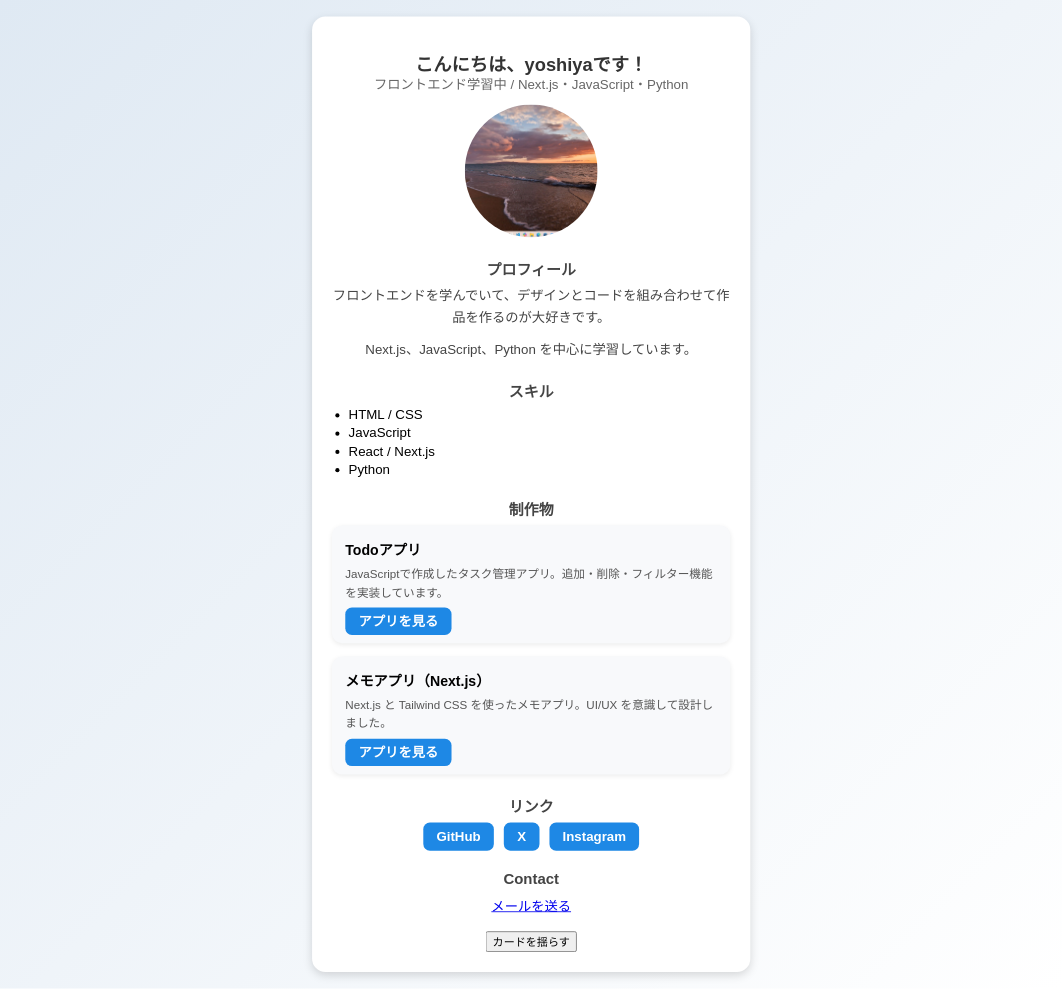
Repository: fkybiu0529-dot/portfolio
Page: index.html
These files come from the project's save history. The page is drawn as it stood at one moment and after the next save; the edit follows.
The browser window is 1280 px wide. The pictures show the whole page, at 83% of full size.

Above is the page before, as saved 2026-01-23 09:47:01.

After the next save:
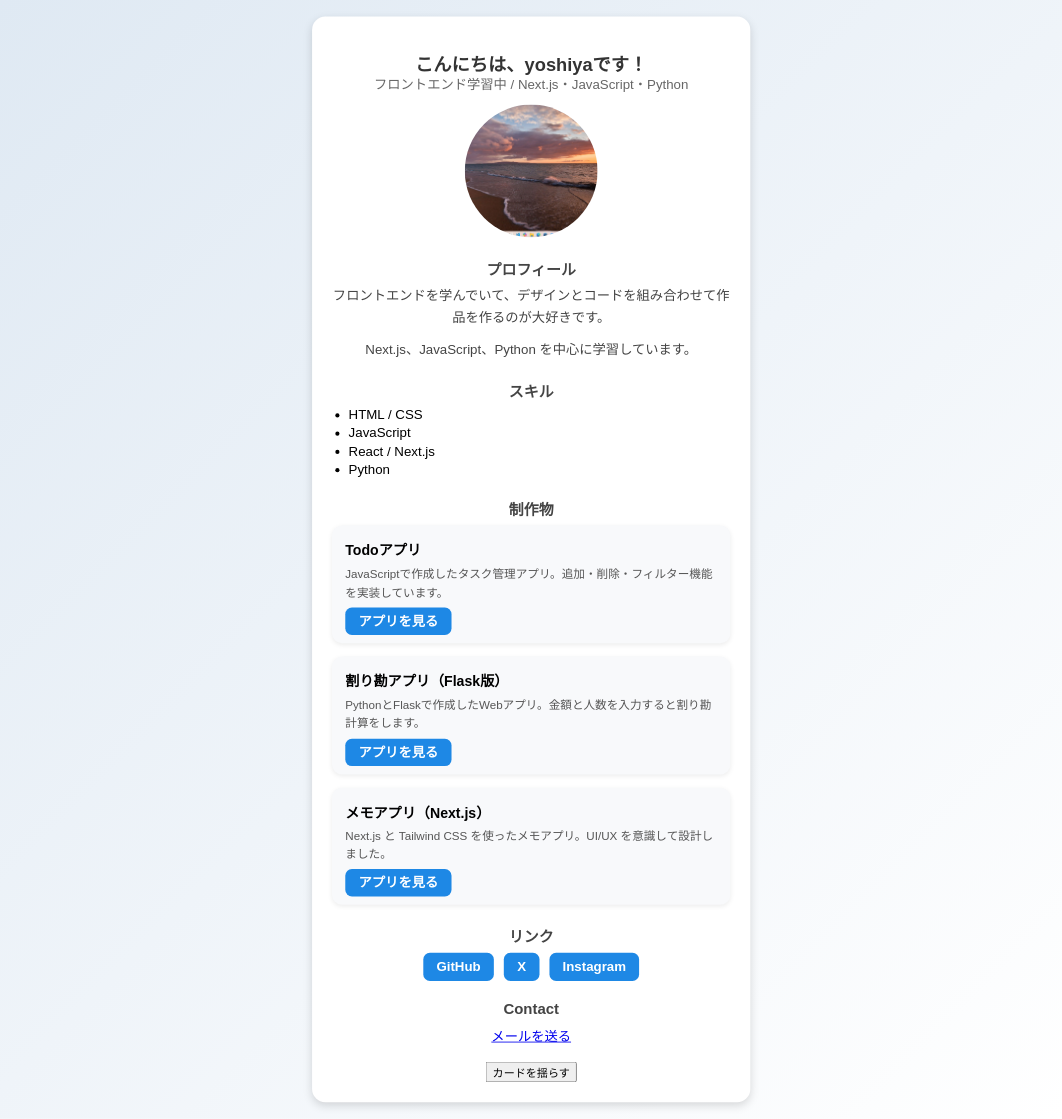
Saved 9 min 27 s later.
--- a/index.html
+++ b/index.html
@@ -153,6 +153,12 @@
         <h3>Todoアプリ</h3>
         <p>JavaScriptで作成したタスク管理アプリ。追加・削除・フィルター機能を実装しています。</p>
         <a href="project/index.html" target="_blank">アプリを見る</a>
+
+      </div>
+      <div class="work-card">
+        <h3>割り勘アプリ（Flask版）</h3>
+        <p>PythonとFlaskで作成したWebアプリ。金額と人数を入力すると割り勘計算をします。</p>
+        <a href="http://127.0.0.1:5000/" target="_blank">アプリを見る</a>
       </div>
 
       <div class="work-card">
